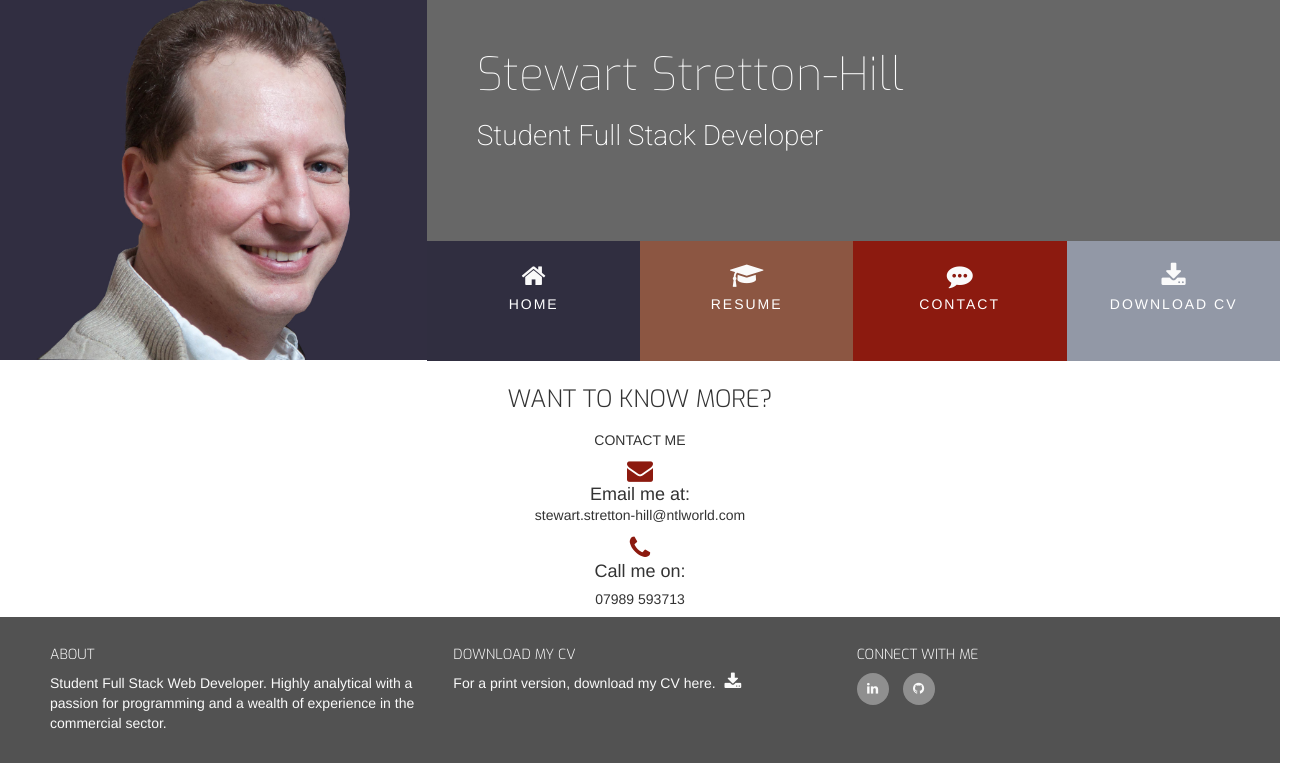
Repository: Shilldon/CV
Page: contact.html
The author's editor kept a record of every edit. The page is drawn from the files as they stood at one moment, then again after the next edit.
The browser window is 1280 px wide. The page is 1295 px wide, so the pictures cover 1295 px, including what lies to the right of the window. The pictures show the whole page.

Above is the page before.

After the next edit:
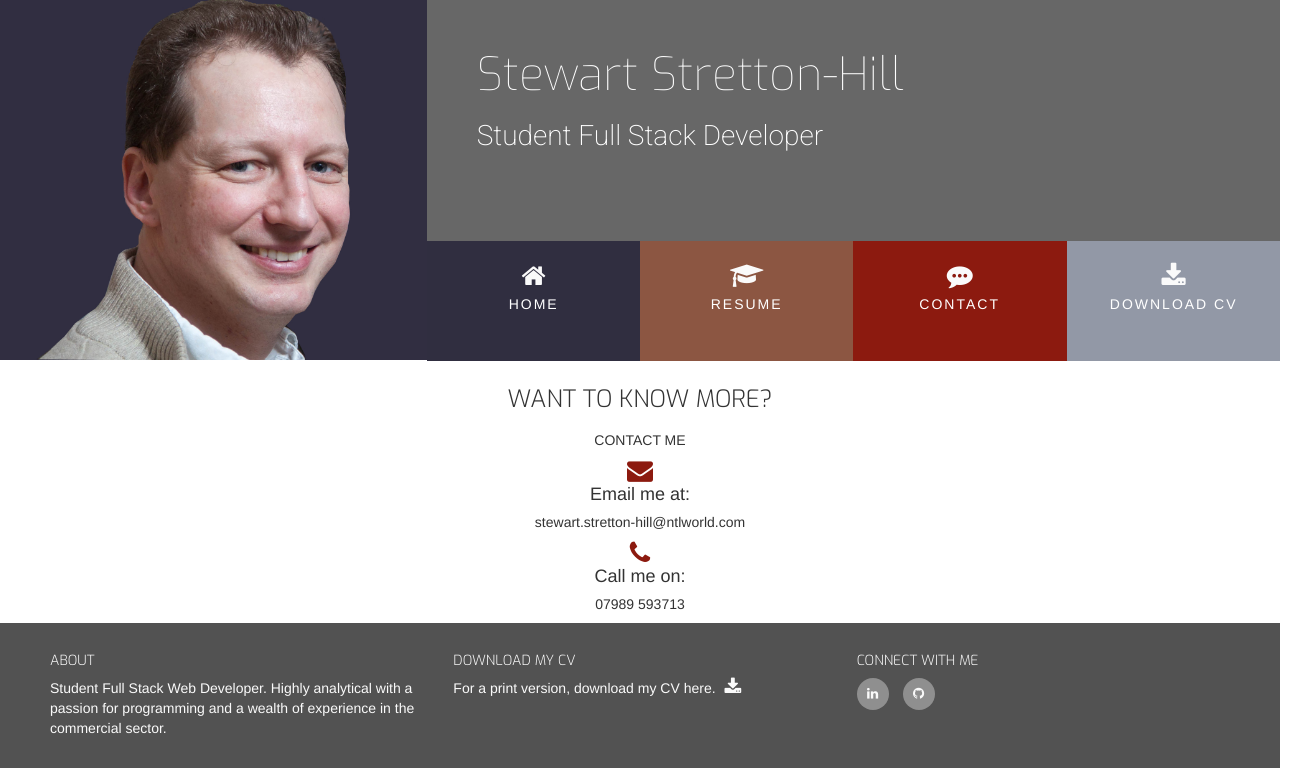
The edit:
--- a/contact.html
+++ b/contact.html
@@ -53,7 +53,7 @@
                 <div class="col-xs-10 col-xs-offset-1 text-center">
                     <i class="three-reasons-icon fa fa-envelope" aria-hidden="true"></i>
                     <h4>Email me at:</h4>
-                    <p>stewart.stretton-hill@ntlworld.com</p>
+                    <h5>stewart.stretton-hill@ntlworld.com</h5>
                 </div>
             </div>
             <div class="row">
